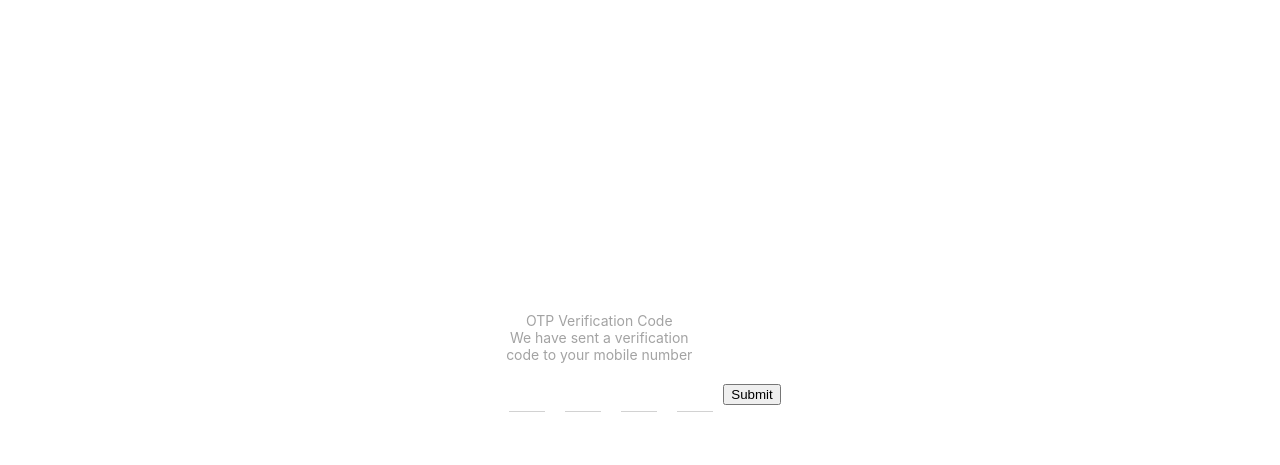
Repository: yassirbn/OTP
Page: /
These files come from the project's save history. The page is drawn as it stood at one moment and after the next save; the edit follows.
The browser window is 1280 px wide. The pictures show the whole page.
The project was rebuilt for these pictures with package versions that can differ from the ones it lists, and the page was loaded fresh each time.

Above is the page before, as saved 2025-07-14 13:35:21.

### src/App.tsx

import './App.css';
import OtpInput from './OtpInput';

function App() {
  return (
    <div className="App">
<OtpInput></OtpInput>
    </div>
  );
}

export default App;

### src/App.css
.App {
  text-align: center;
  height: 100vh;
  display: flex;
  align-items: center;
  width: 100vw;
  justify-content: center;
}

### src/OtpInput.tsx
import {
  ChangeEvent,
  ClipboardEvent,
  FocusEvent,
  KeyboardEvent,
  Ref,
  useRef,
  useState,
} from "react";

export default function OtpInput() {
  const [otpInputs, setOtpInputs] = useState(Array(4).fill("")); // Array with 6 empty strings
  const inputRefs = useRef<HTMLInputElement[]>([]); // Array of refs for each input field

  const handleKeyDown = (event: KeyboardEvent<HTMLInputElement>) => {
    if (event.key === "Delete" || event.key === "Backspace") {
      const index = inputRefs.current.indexOf(event.target as HTMLInputElement);
      if (index >= 0) {
        const optValue = otpInputs;
        optValue[index] = "";
        setOtpInputs([...optValue]);
        inputRefs.current[index - 1 > -1 ? index - 1 : 0].focus();
      }
    }
  };

  const handleInput = (event: ChangeEvent<HTMLInputElement>) => {
    const { target } = event;
    const index = inputRefs.current.indexOf(target);
    if (!new RegExp(`^[0-9]{1}$`).test(target.value)) {
      return;
    }
    if (target.value) {
      setOtpInputs((prevOtp) => [
        ...prevOtp.slice(0, index),
        target.value,
        ...prevOtp.slice(index + 1),
      ]);
      if (index < otpInputs.length - 1) {
        inputRefs.current[index + 1].focus();
      }
    }
  };

  const handleFocus = (event: FocusEvent<HTMLInputElement>) => {
    event.target.select();
  };

  const handlePaste = (event: ClipboardEvent<HTMLInputElement>) => {
    event.preventDefault();
    const text = event.clipboardData.getData("text");
    if (!new RegExp(`^[0-9]{${otpInputs.length}}$`).test(text)) {
      return;
    }
    const digits = text.split("");
    setOtpInputs(digits);
  };

  const setRef = (element: HTMLInputElement, index: number) => {
    inputRefs.current[index] = element as HTMLInputElement;
  };

  return (
    <div>
      <style>
        {`
      p {
  color: #a3a3a3;
  font-size: 14px;
  width: 200px;
  margin-top: 4px;
}
      input {
  width: 32px;
  height: 32px;
  text-align: center;
  border: none;
  border-bottom: 1.5px solid #d2d2d2;
  margin: 0 10px;
}

input:focus {
  border-bottom: 1.5px solid deepskyblue;
  outline: none;
}`}
      </style>
      <p>
        OTP Verification Code <br />
        We have sent a verification code to your mobile number
      </p>
      <div className="bg-white py-10 dark:bg-dark">
        <div className="container">
          <form id="otp-form" className="flex gap-2">
            {otpInputs.map((digit, index) => (
              <input
                key={index}
                type="text"
                maxLength={1}
                value={digit}
                onChange={handleInput}
                onKeyDown={handleKeyDown}
                onFocus={handleFocus}
                onPaste={handlePaste}
                ref={(el: HTMLInputElement) => setRef(el, index)}
                className="shadow-xs flex w-[64px] items-center justify-center rounded-lg border border-stroke bg-white p-2 text-center text-2xl font-medium text-gray-5 outline-none sm:text-4xl dark:border-dark-3 dark:bg-white/5"
              />
            ))}
            <button type="submit">Submit</button>
          </form>
        </div>
      </div>
    </div>
  );
}

Loaded but not shown: public/index.html (common file); src/index.tsx (common file); src/index.css (common file); src/reportWebVitals.ts (common file)

After the next save:
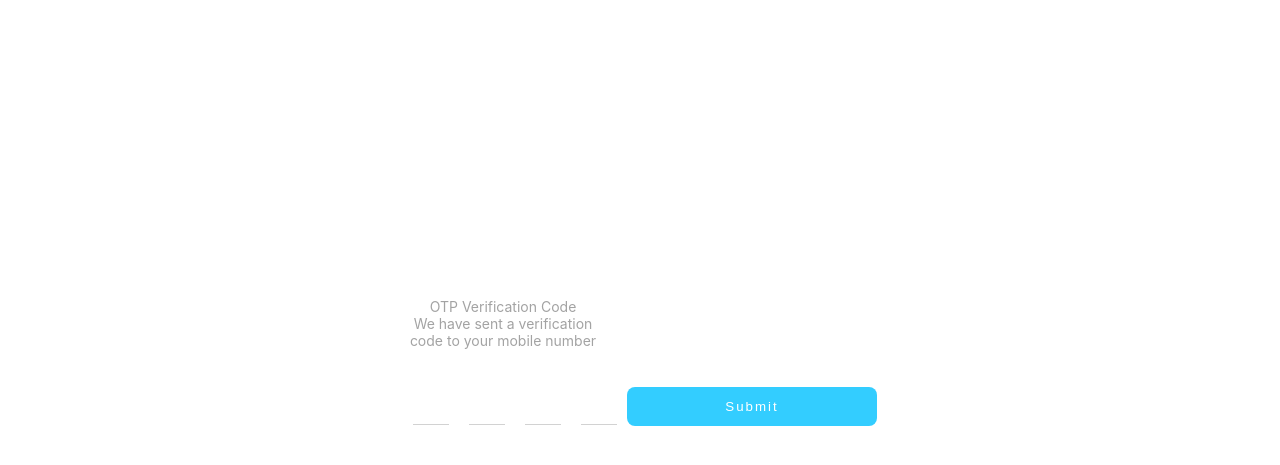
Saved 69 s later.
--- a/src/OtpInput.tsx
+++ b/src/OtpInput.tsx
@@ -64,25 +64,38 @@ export default function OtpInput() {
     <div>
       <style>
         {`
-      p {
-  color: #a3a3a3;
-  font-size: 14px;
-  width: 200px;
-  margin-top: 4px;
-}
-      input {
-  width: 32px;
-  height: 32px;
-  text-align: center;
-  border: none;
-  border-bottom: 1.5px solid #d2d2d2;
-  margin: 0 10px;
-}
+              p {
+          color: #a3a3a3;
+          font-size: 14px;
+          width: 200px;
+          margin-top: 4px;
+        }
+              input {
+          width: 32px;
+          height: 32px;
+          text-align: center;
+          border: none;
+          border-bottom: 1.5px solid #d2d2d2;
+          margin: 0 10px;
+        }
 
-input:focus {
-  border-bottom: 1.5px solid deepskyblue;
-  outline: none;
-}`}
+        input:focus {
+          border-bottom: 1.5px solid deepskyblue;
+          outline: none;
+        }
+
+        button {
+          width: 250px;
+          letter-spacing: 2px;
+          margin-top: 24px;
+          padding: 12px 16px;
+          border-radius: 8px;
+          border: none;
+          background-color: #33cdff;
+          color: white;
+          cursor: pointer;
+        }
+        `}
       </style>
       <p>
         OTP Verification Code <br />
